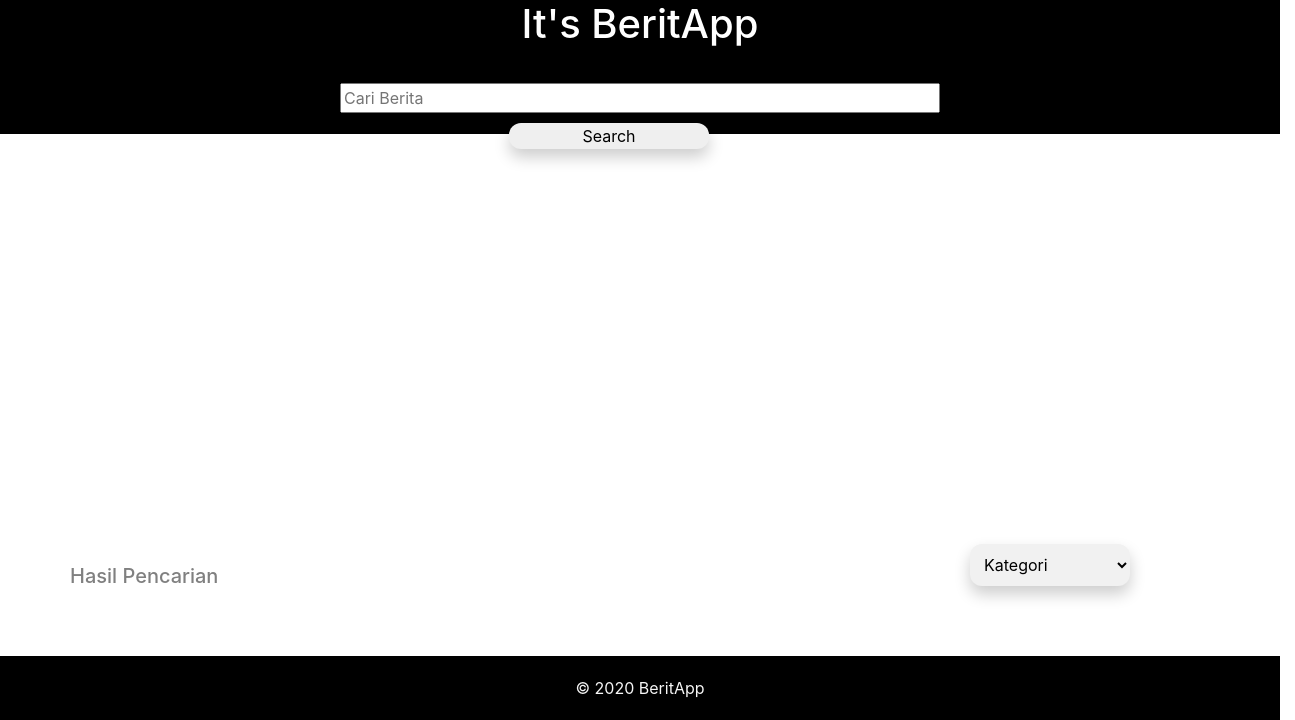
Repository: faalihnst/berita
Page: /
These files come from the project's save history. The page is drawn as it stood at one moment and after the next save; the edit follows.
The browser window is 1280 px wide. The page is 1295 px wide, so the pictures cover 1295 px, including what lies to the right of the window. The pictures show the whole page.
The project was rebuilt for these pictures with package versions that can differ from the ones it lists, and the page was loaded fresh each time.

Above is the page before, as saved 2020-06-05 07:31:15.

### src/App.js
import React from 'react';
import './assets/style.css';

import 'bootstrap/dist/css/bootstrap.min.css';
// import { MDBCol, MDBFormInline, MDBIcon } from "mdbreact";

import { BrowserRouter as Router, Route } from "react-router-dom";

import Homepage from "./pages/homepage";
// import Login from "./Pages/login";
// import Skripsi from "./Pages/skripsi";

function App() {

  return (
    <div className="App">
      <Router>
        <Route exact path="/" component={Homepage}></Route>
        {/* <Route exact path="/Login" component={Login}></Route>
        <Route exact path="/Skripsi" component={Skripsi}></Route> */}
      </Router>
    </div>
  );
}

export default App;

### src/assets/style.css
.WebContainer{
  width: 100%;
  height: auto;
}

.container1{
  overflow: hidden;
}

body {
  margin: 0;
  font-family: Roboto, Helvetica, sans-serif;
}

.dropdown{
  align-items: center;
}

  /* Increase the font size of the heading */
.header h1 {
  font-size: 40px;
  color: white;
}

.judul{
  font-weight: bold;
}

.col-md-10{
  margin-left: 80px;
  margin-top: 10px;
  padding: 10px;
  border-bottom: 1.5pt solid #E4DFDA;
}

.col-md-5{
  padding: 5px;
  margin-top: 10px;
  margin-left: 1px;
}

.col-md-2{
  padding: 5px;
  margin-top: 10px;
  margin-left: 15px;
}

.result{
  color: grey;
}

.content{
  margin-top: 400px;
}

h5{
  padding: 20px;
  margin-left: 40px;
}

footer{
  background-color: black;
  color: whitesmoke;
  padding: 20px;
  margin-top: 110px;
  text-align: center;
  position: fixed;
  bottom: 0;
  left: 0;
  width: 100%;
}

form{
  margin-top: 20px;
  transform: translateY(15px);
}

input#titleBar{
  width: 600px;
}

input#nameBar{
  width: 300px;
  margin-left: 255px;
  margin-right: 0px;
}

input#npmBar{
  width: 250px;
  margin-right: 220px;
}

.row{
  margin-top: 10px;
}

.header{
  text-align: center;
  background-color: black;
  align-content: center;
}

.button#search{
  margin-top: 0%;
  margin-left: 40%;
  width: 200px;
  border-radius: 12px;
  border: none;
  box-shadow: 0px 8px 16px 0px rgba(0,0,0,0.2);
  z-index: 1;
}

.grid-container{
  grid-template-columns: auto auto;
}

.column-left{
  float: left;
  width: 25%;
  padding: 10px;
}

.then-right:after{
  display: table;
  clear: both;
}

/*dropdown*/
.dropbtn {
  background-color: #f1f1f1;
  color: black;
  padding: 10px;
  font-size: 16px;
  border: none;
  min-width:160px;
  border-radius: 12px;
  box-shadow: 0px 8px 16px 0px rgba(0,0,0,0.2);
  z-index: 1;
}

.dropdown {
  position: relative;
  display: inline-block;
}

.dropdown-content {
  display: none;
  position: absolute;
  background-color: #f1f1f1;
  min-width: 100px;
  box-shadow: 0px 8px 16px 0px rgba(0,0,0,0.2);
  z-index: 1;
  border-radius: 12px;
  color: black;
  border: none;
}

.dropdown-content option {
  color: black;
  padding: 8px 10px;
  text-decoration: none;
  display: block;
}

/*.dropdown-content a:hover {
  background-color: rgb(38, 38, 63);
  border-radius: 12px;
  color: white;
}*/

.button#search:hover{
  background-color: rgb(38, 38, 63);
  border-radius: 12px;
  color: white;
}
.dropdown:hover .dropdown-content {display: block;}

.dropdown:hover .dropbtn {
  background-color: rgb(38, 38, 63);
  border-radius: 12px;
  color: white;
}
/* css login
.container#login{
  height:480px;
  margin-top: 40px;
  margin-bottom: 50px;
  background-color:#1abc9c;
  justify-content: space-between;
  flex-direction: column;
  display: flex;
}

img{
  width: 577;
  height: 433;
  margin-top: 80px;
  margin-left: -200px;
}

.welcome{
  transform: rotate(-90deg);
  margin-left: -250px;
  color: white;
}

.btn-login{
  justify-content: flex-end;
  display: flex;
  margin-bottom: 25px;
  margin-top: 30px;
  font-size: 24px;
  background-color: blue;
  color: white;

}

.form-word{
  margin-left: 0px;
  margin-top: -90px;
  font-size: 25px;
  color: white;
}

.form-group{
  margin-top: 120px;
  width: 100px;
}

 css skripsi

.col-md-8#title{
  margin-top: 30px;
  padding: 15px;
}

.btn-holder {
  justify-content: flex-end;
  display: flex;
  margin-right: 50px;
  margin-bottom: 50px;
}

p#judul{
  font-weight: bold;;
  margin-left: 15px;
  font-size: 18pt;
  color: white;
}

article#abstrak{
  margin-top: 15px;
  padding: 3px;
  font-style: italic;
}

.imgSkripsi{
  width: 300px;
  height: 400px;
  margin-top: 35px;
  margin-left: 10px;
}*/

### src/pages/homepage.js
import React, { useState } from 'react';

import axios from 'axios';
import qs from 'qs';

export default function Homepage(){
  //aciganti
  const [value, setValue] = useState({
    news: [],
    title: '',
    date:'',
    link:'',
    category:'',
    author:'',
    abstract:''
  });

  const getData = async () => {
    const BASE_URL = "http://localhost:3030/berita-app/query";

    const headers = {
      'Accept': 'application/sparql-results+json,*/*;q=0.9',
      'Content-Type': 'application/x-www-form-urlencoded; charset=UTF-8',
  };

  const queryData = {
    query:
        `PREFIX news:<http://example.co.id/ns/newsdata>
            SELECT DISTINCT ?title ?date ?link ?category ?abstract ?author
            WHERE {
            ?news news:title ?title.
            ?news news:date ?date.
            ?news news:link ?link.
            ?news news:writtenby ?author.
			    	?news news:abstract ?abstract.
            ?news news:category ?category;
            FILTER contains(lcase(str(?category)), lcase(str("${value.category}")))
            FILTER contains(lcase(str(?title)), lcase(str("${value.title}")))
    }`
  };

  try {
    const { data } = await axios(BASE_URL, {
      method: 'POST',
      headers,
      data: qs.stringify(queryData)
    });
    console.log(data);

    // Convert Data
    const formatted_data = data.results.bindings.map((news, index) => formatter(news, index));
    console.log(formatted_data)

    setValue({
      ...value,
      news: formatted_data
    });
  } catch (err) {
    console.error(err);
  }
}

const formatter = (news, index) => {
    return {
      "id": index,
      "title": news.title.value,
      "date": news.date.value,
      "link": news.link.value,
      "category": news.category.value,
      "author": news.author.value,
      "abstract": news.abstract.value
    }
  }

const titleHandler = event => {
  setValue({
    ...value,
    'title': event.target.value,
  });
}

const categoryHandler = event => { //handleChangeDate
  setValue({
    ...value,
    'category': event.target.value,
  });
}

const content = value.news.map((news) =>
  <div className="container">
    <div key={news.id}>
      <div className="col-md-10">
        <div className="title"><a href={`${news.link}`}>{news.title}</a></div>
        <div class="row">
          <div class="col-md-3">
            {news.category}
          </div>
          <div class="col-md-3">
            {news.date}
          </div>
          <div class="col-md-3">
            {news.author}
          </div>
        </div>
      </div>
    </div>
  </div>
)
// Layout
return (
  <body>

  <div className="header">
    <h1>
        It's BeritApp
    </h1>

    {/* Search Form  */}
    <form>
      <div className="container">
        <div className="row">
          <div className="col">
            <input
              setValue={value.title}
              placeholder="Cari Berita"
              type="text"
              id="titleBar"
              onChange={titleHandler}
            />
          </div>
        </div>
       </div>
      <div className="row">
        <input
            type="button"
            className="button"
            id="search"
            value="Search"
            onClick={getData}
        />
      </div>
    </form>
  </div>

  {/* Hasil Pencarian */}
  <div class="result">
    <div class="then-right">
      <div class="column-left">
        <h5>Hasil Pencarian</h5>
      </div>
      <div class="column-left"></div>
      <div class="column-left"></div>
      <div class="column-left">
        <div class="dropdown">
          <select setValue={value.category} className="dropbtn" id="category" onChange={categoryHandler}>
            <option value="">Kategori</option>
            <option value="Kesehatan">Kesehatan</option>
            <option value="Teknologi">Teknologi</option>
            <option value="Sains">Sains</option>
            <option value="Olahraga">Olahraga</option>
            <option value="Otomotif">Ootomotif</option>
            <option value="Ekonomi">Ekonomi</option>
            <option value="Properti">Properti</option>
            <option value="Travel">Travel</option>
            <option value="Politik">Politik</option>
          </select>
        </div>
      </div>
    </div>
    <div className="content">
      {content}
    </div>
  </div>

  {/* Footer */}
    <footer>
      <div className="footer-copyright">&copy; 2020 BeritApp</div>
    </footer>
</body>
);
}

Loaded but not shown: public/index.html (common file); src/index.js (common file); src/index.css (common file); src/serviceWorker.js (common file)

After the next save:
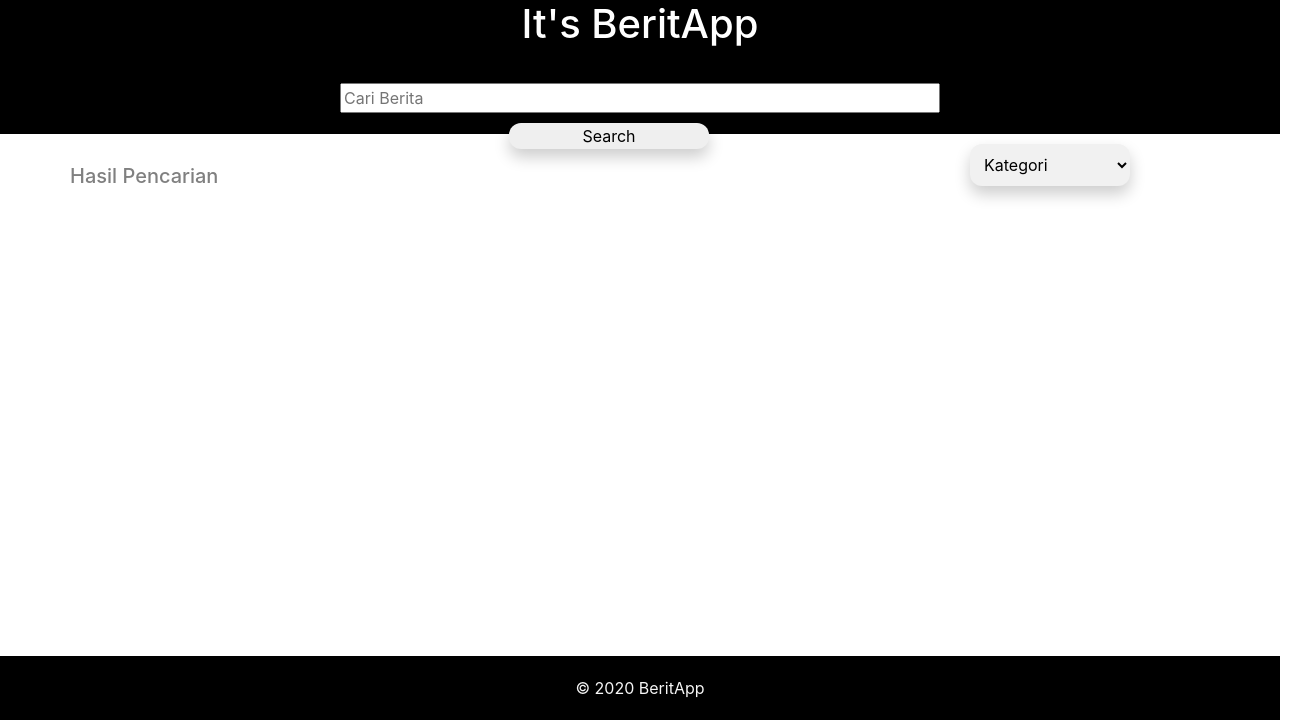
Saved 79 s later.
--- a/src/pages/homepage.js
+++ b/src/pages/homepage.js
@@ -167,11 +167,10 @@ return (
         </div>
       </div>
     </div>
-    <div className="content">
+  </div>
+  <div className="content">
       {content}
     </div>
-  </div>
-
   {/* Footer */}
     <footer>
       <div className="footer-copyright">&copy; 2020 BeritApp</div>
